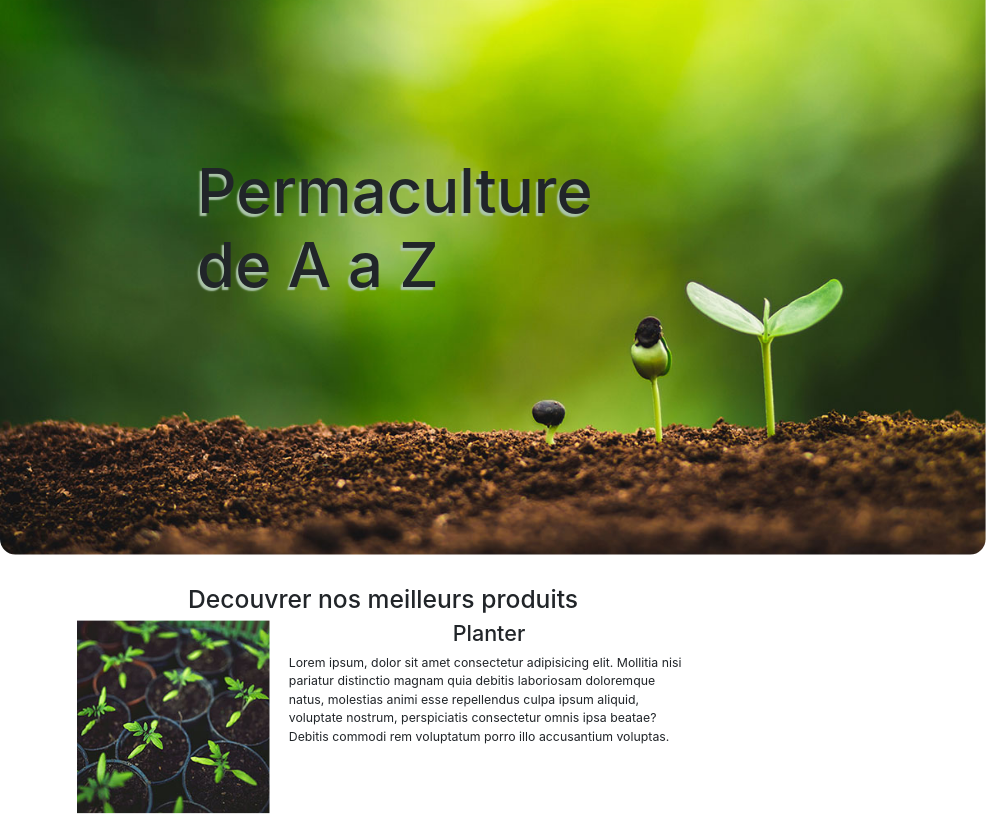
Repository: ahthionkevin/permaculture
Page: index.html
The author's editor kept a copy of each file at every save. The page is drawn from the files as they stood at one save, then again after the next save.
The browser window is 1280 px wide. The pictures show the whole page, at 77% of full size.

Above is the page before, as saved 2021-07-06 21:39:12.

After the next save:
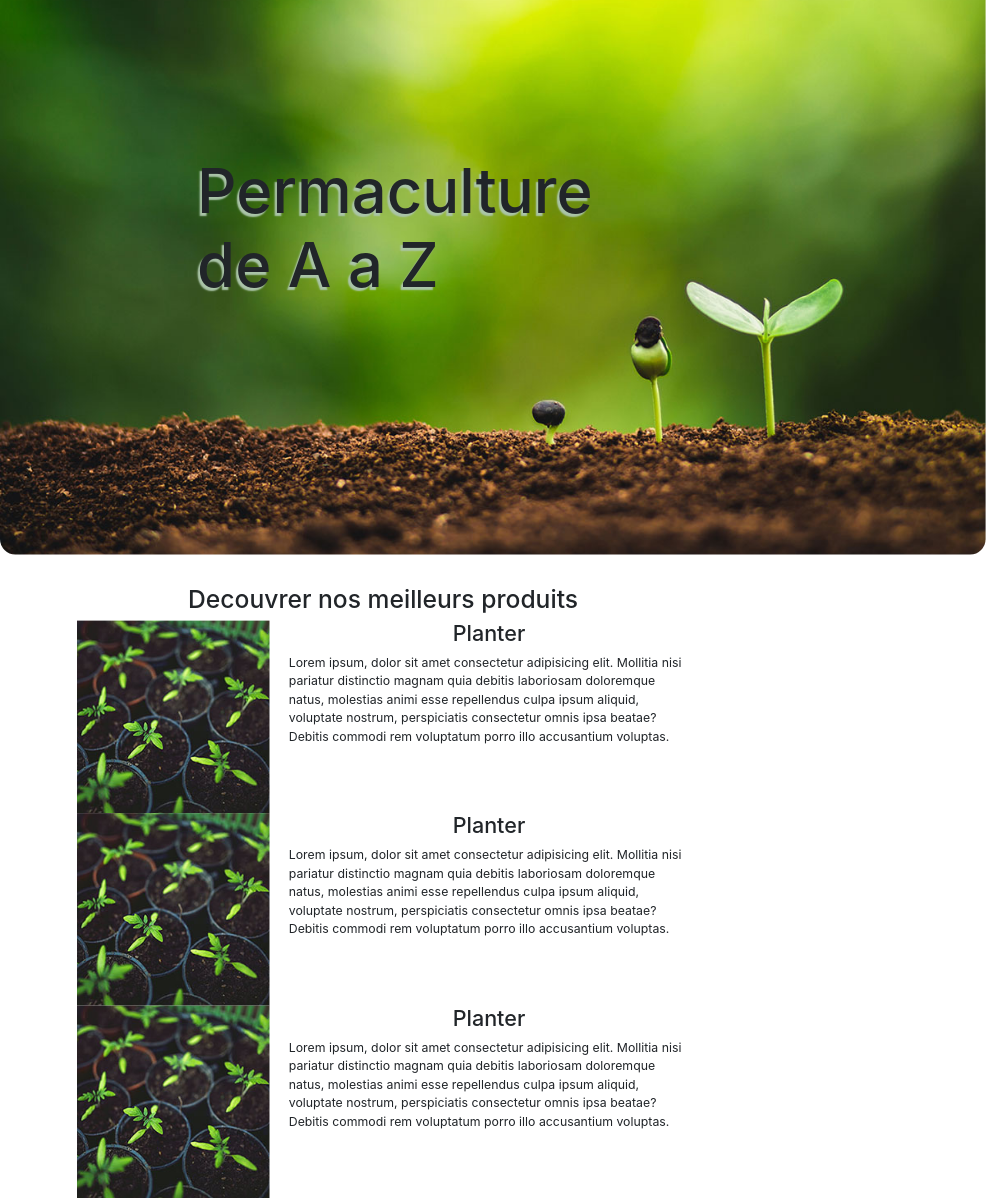
Saved 2 min 15 s later.
--- a/index.html
+++ b/index.html
@@ -26,9 +26,27 @@
                             <p>Lorem ipsum, dolor sit amet consectetur adipisicing elit. Mollitia nisi pariatur distinctio magnam quia debitis laboriosam doloremque natus, molestias animi esse repellendus culpa ipsum aliquid, voluptate nostrum, perspiciatis consectetur omnis ipsa beatae? Debitis commodi rem voluptatum porro illo accusantium voluptas.</p>
                         </div>
                     </div>
+                    <div class="row element">
+                        <div class="col-sm-4">
+                            <img src="./media/planter.jpg" alt="planter">
+                        </div>
+                        <div class="col-sm-8">
+                            <h3>Planter</h3>
+                            <p>Lorem ipsum, dolor sit amet consectetur adipisicing elit. Mollitia nisi pariatur distinctio magnam quia debitis laboriosam doloremque natus, molestias animi esse repellendus culpa ipsum aliquid, voluptate nostrum, perspiciatis consectetur omnis ipsa beatae? Debitis commodi rem voluptatum porro illo accusantium voluptas.</p>
+                        </div>
+                    </div>
+                    <div class="row element">
+                        <div class="col-sm-4">
+                            <img src="./media/planter.jpg" alt="planter">
+                        </div>
+                        <div class="col-sm-8">
+                            <h3>Planter</h3>
+                            <p>Lorem ipsum, dolor sit amet consectetur adipisicing elit. Mollitia nisi pariatur distinctio magnam quia debitis laboriosam doloremque natus, molestias animi esse repellendus culpa ipsum aliquid, voluptate nostrum, perspiciatis consectetur omnis ipsa beatae? Debitis commodi rem voluptatum porro illo accusantium voluptas.</p>
+                        </div>
+                    </div>
                 </div>
             </div>
-            <div class="col-lg-9" id="rightPart">
+            <div class="col-lg-3" id="rightPart">
 
             </div>
         </div>
